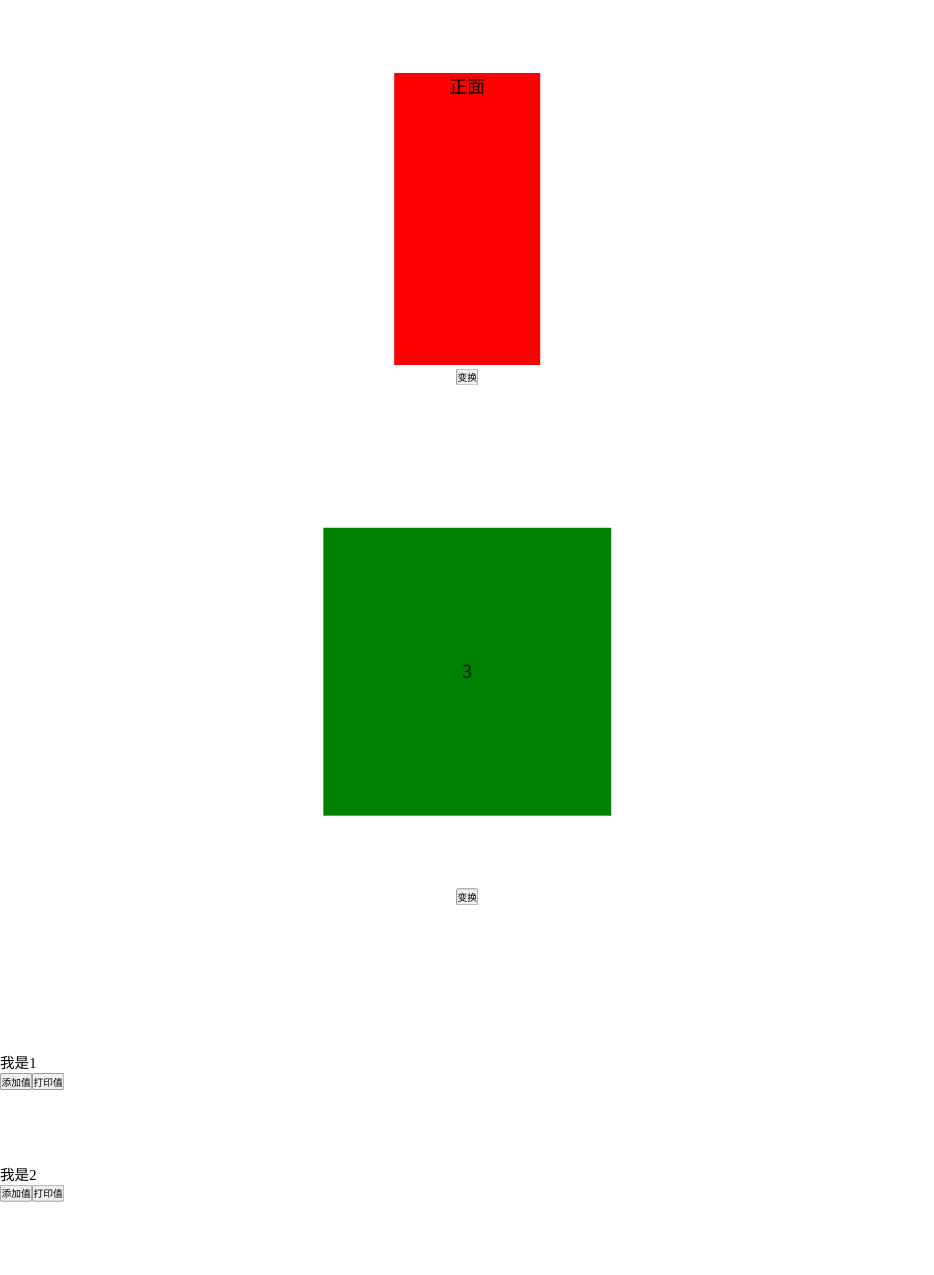
Repository: fengjinlovewei/beautiful
Page: /
These files come from the project's save history. The page is drawn as it stood at one moment and after the next save; the edit follows.
The browser window is 1280 px wide. The pictures show the whole page, at 73% of full size.
The project was rebuilt for these pictures with package versions that can differ from the ones it lists, and the page was loaded fresh each time.

Above is the page before, as saved 2021-02-21 13:44:00.

After the next save:
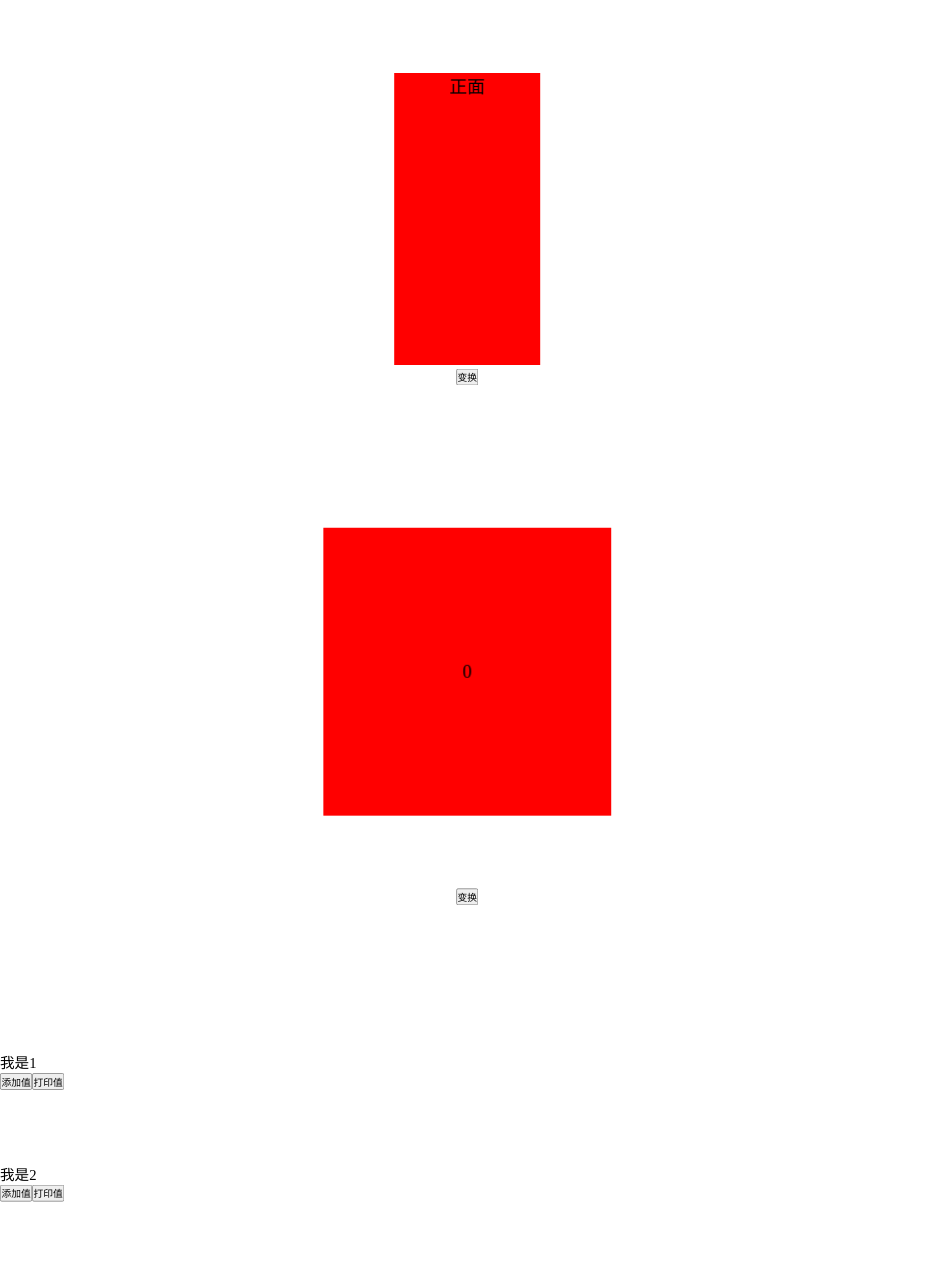
Saved 2 min 16 s later.
--- a/src/App.tsx
+++ b/src/App.tsx
@@ -6,7 +6,7 @@ import './App.css';
 
 function App() {
   const [move, setMove] = useState<boolean>(false);
-  const [index, setIndex] = useState<number>(3);
+  const [index, setIndex] = useState<number>(0);
   const btnReverse = () => {
     setMove((val) => !val);
   };
